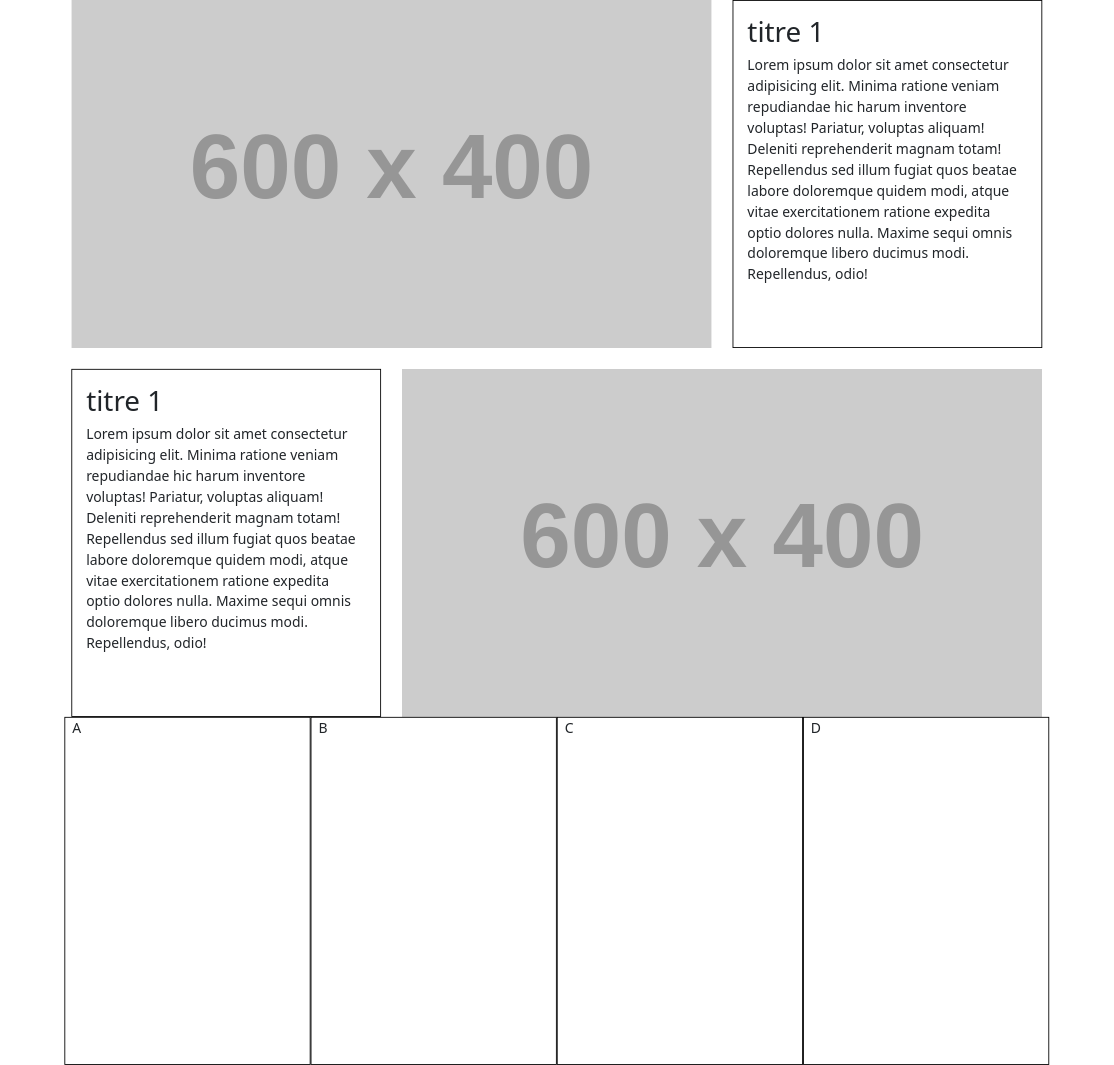
Repository: fbansept/ran3_24_jeu
Page: correction-tp.html
These files come from the project's save history. The page is drawn as it stood at one moment and after the next save; the edit follows.
The browser window is 1280 px wide. The pictures show the whole page, at 87% of full size.

Above is the page before, as saved 2024-10-22 14:52:21.

### correction-tp.html
<!DOCTYPE html>
<html lang="en">
  <head>
    <meta charset="UTF-8" />
    <meta name="viewport" content="width=device-width, initial-scale=1.0" />
    <title>Document</title>

    <link
      href="https://cdn.jsdelivr.net/npm/bootstrap@5.3.3/dist/css/bootstrap.min.css"
      rel="stylesheet"
      integrity="sha384-QWTKZyjpPEjISv5WaRU9OFeRpok6YctnYmDr5pNlyT2bRjXh0JMhjY6hW+ALEwIH"
      crossorigin="anonymous"
    />

    <script
      defer
      src="https://cdn.jsdelivr.net/npm/bootstrap@5.3.3/dist/js/bootstrap.bundle.min.js"
      integrity="sha384-YvpcrYf0tY3lHB60NNkmXc5s9fDVZLESaAA55NDzOxhy9GkcIdslK1eN7N6jIeHz"
      crossorigin="anonymous"
    ></script>

    <link rel="stylesheet" href="style.css" />
  </head>
  <body class="container">
    <section>
      <div class="row">
        <img
          class="col-md-6 col-lg-8"
          src="https://placehold.co/600x400"
          alt=""
        />
        <article class="col-md-6 col-lg-4">
          <div>
            <h2>titre 1</h2>
            <p>
              Lorem ipsum dolor sit amet consectetur adipisicing elit. Minima
              ratione veniam repudiandae hic harum inventore voluptas! Pariatur,
              voluptas aliquam! Deleniti reprehenderit magnam totam! Repellendus
              sed illum fugiat quos beatae labore doloremque quidem modi, atque
              vitae exercitationem ratione expedita optio dolores nulla. Maxime
              sequi omnis doloremque libero ducimus modi. Repellendus, odio!
            </p>
          </div>
        </article>
      </div>
      <div class="row flex-md-row-reverse mt-4">
        <img
          class="col-md-6 col-lg-8"
          src="https://placehold.co/600x400"
          alt=""
        />
        <article class="col-md-6 col-lg-4">
          <div>
            <h2>titre 1</h2>
            <p>
              Lorem ipsum dolor sit amet consectetur adipisicing elit. Minima
              ratione veniam repudiandae hic harum inventore voluptas! Pariatur,
              voluptas aliquam! Deleniti reprehenderit magnam totam! Repellendus
              sed illum fugiat quos beatae labore doloremque quidem modi, atque
              vitae exercitationem ratione expedita optio dolores nulla. Maxime
              sequi omnis doloremque libero ducimus modi. Repellendus, odio!
            </p>
          </div>
        </article>
      </div>
    </section>
    <section
      class="row row-cols-1 row-cols-md-2 row-cols-lg-4 g-3 g-md-0 g-lg-3"
    >
      <article class="col">
        <div><span>A</span></div>
      </article>
      <article class="col">
        <div><span>B</span></div>
      </article>
      <article class="col">
        <div><span>C</span></div>
      </article>
      <article class="col">
        <div><span>D</span></div>
      </article>
    </section>
  </body>
</html>

### style.css
section > div > img,
section > article,
section > div > article {
  height: 400px;
}

section > article,
section > div > article > div {
  border: 1px solid black;
}

section > div > article > div {
  height: 100%;
  padding: 1em;
}

section > div > img {
  object-fit: cover;
}

/* section > div:nth-child(even) {
  flex-direction: row-reverse;
} */

After the next save:
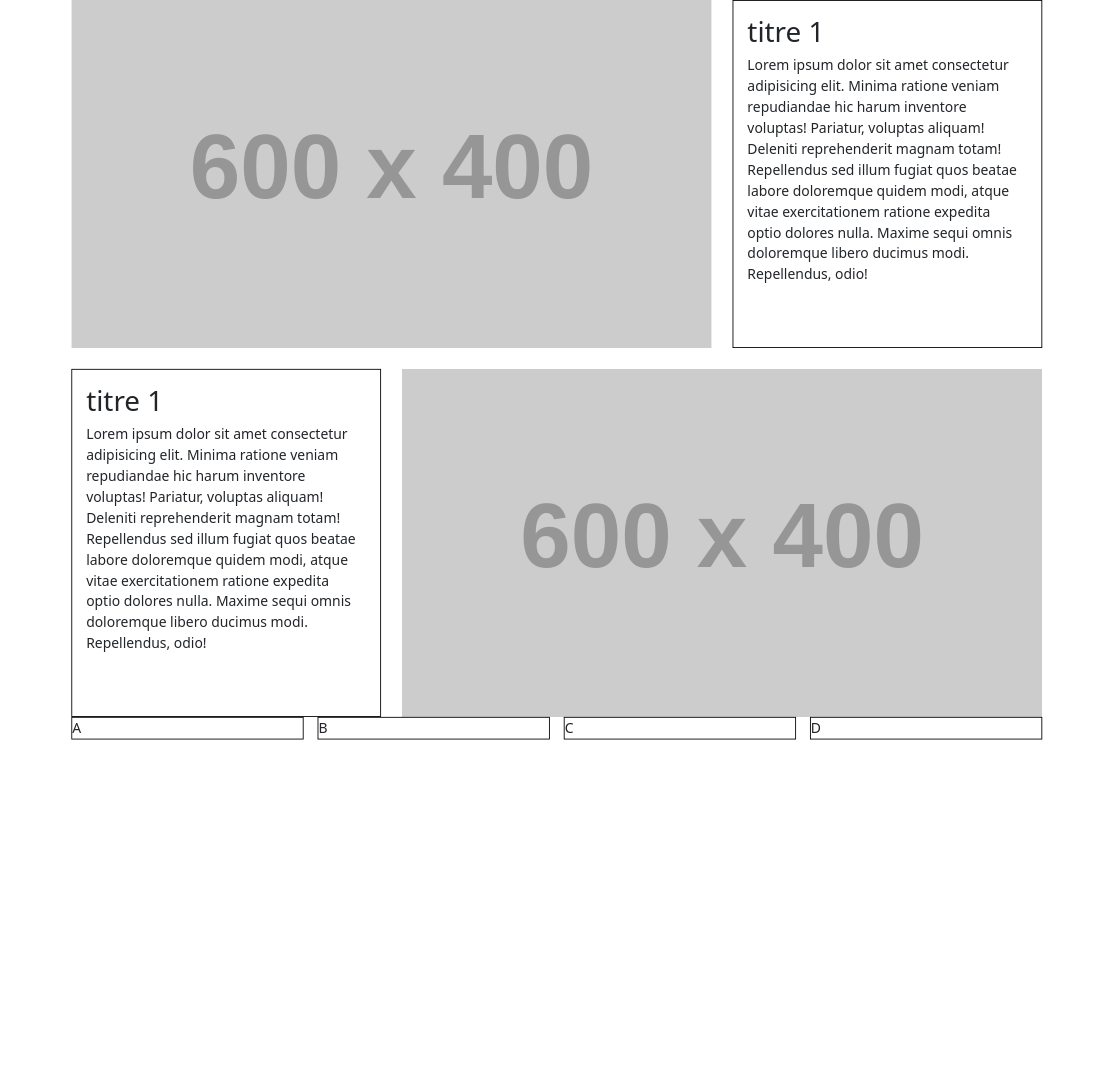
Saved 27 s later.
--- a/style.css
+++ b/style.css
@@ -4,7 +4,7 @@ section > div > article {
   height: 400px;
 }
 
-section > article,
+section > article > div,
 section > div > article > div {
   border: 1px solid black;
 }
